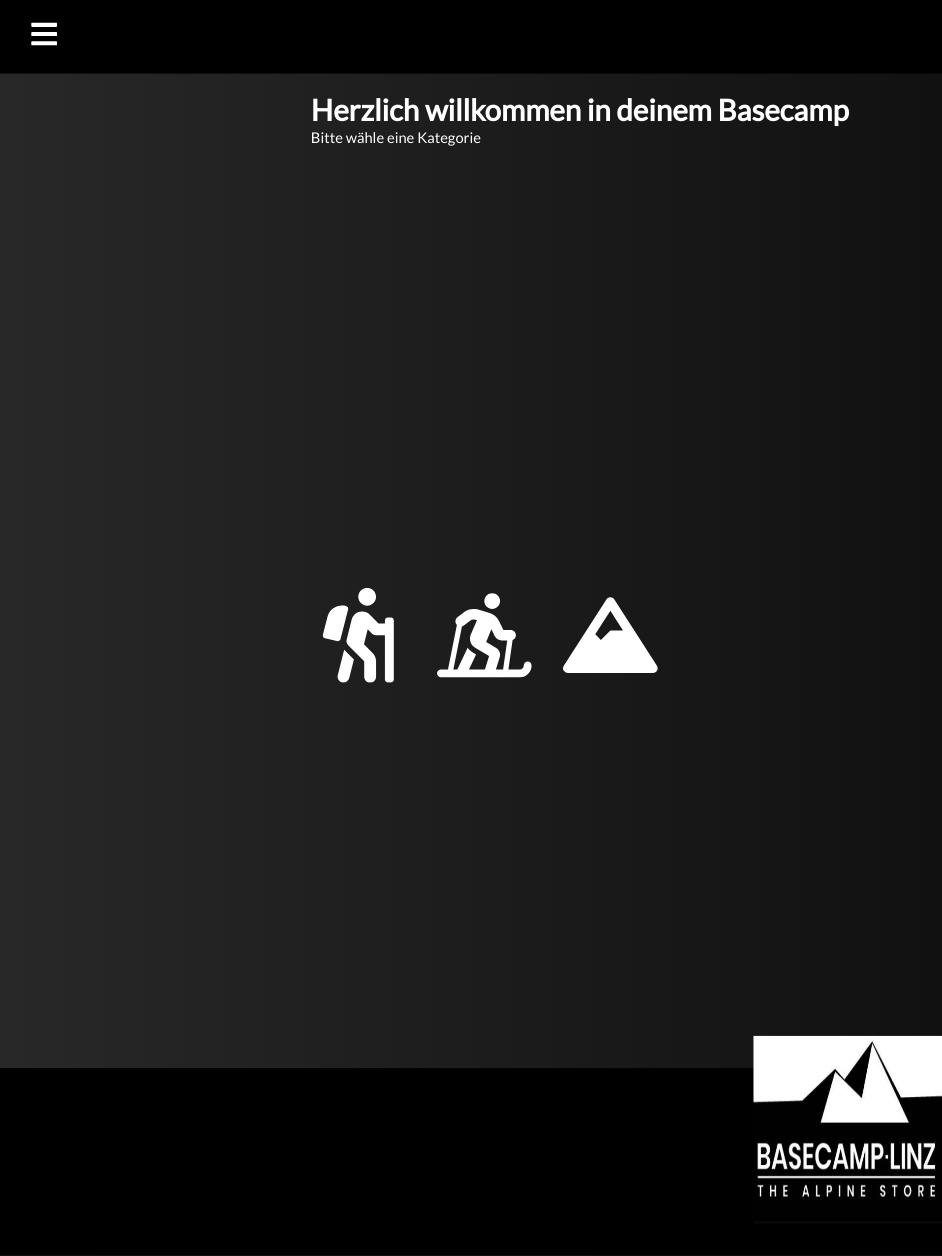
Repository: LeleZuGut/Kundenabfragesystem-Website
Page: /main
The author's editor kept a copy of each file at every save. The page is drawn from the files as they stood at one save, then again after the next save.
The browser window is 1024 px wide. The pictures show the whole page, at 92% of full size.
The project was rebuilt for these pictures with package versions that can differ from the ones it lists, and the page was loaded fresh each time. Also part of the build but not shown: src/FormSignup.js, src/Form.js, src/FormLogin.js, src/Form-Log.js, src/FormFragenkatalog.js.

Above is the page before, as saved 2021-08-12 13:25:11.

After the next save:
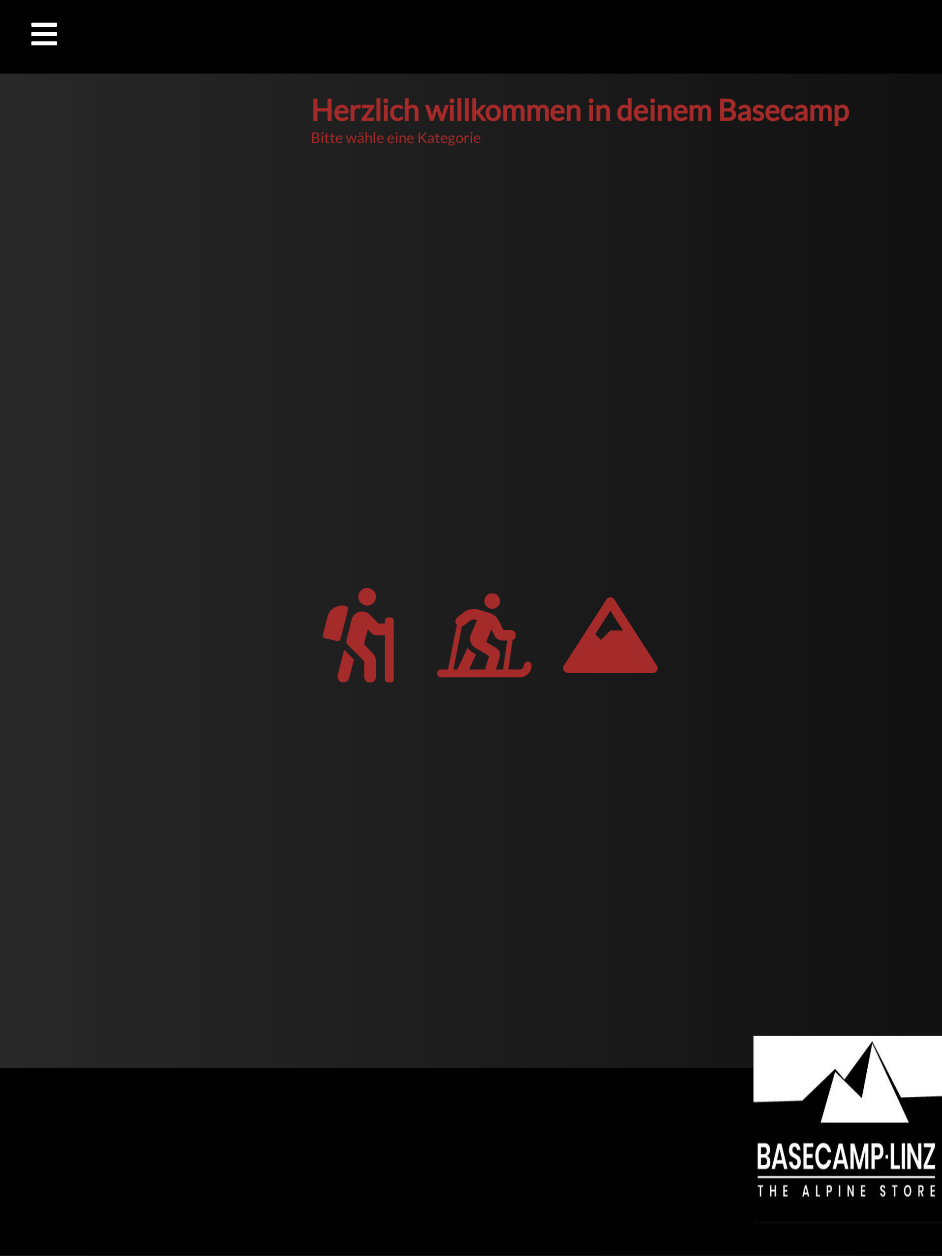
Saved 12 s later.
--- a/src/FormFragenKatalog-Main.css
+++ b/src/FormFragenKatalog-Main.css
@@ -127,7 +127,7 @@
   @media only screen and (max-width: 1024px){
 
     body{
-      color: white;
+      color: brown;
     }
 
     .main_logo{
